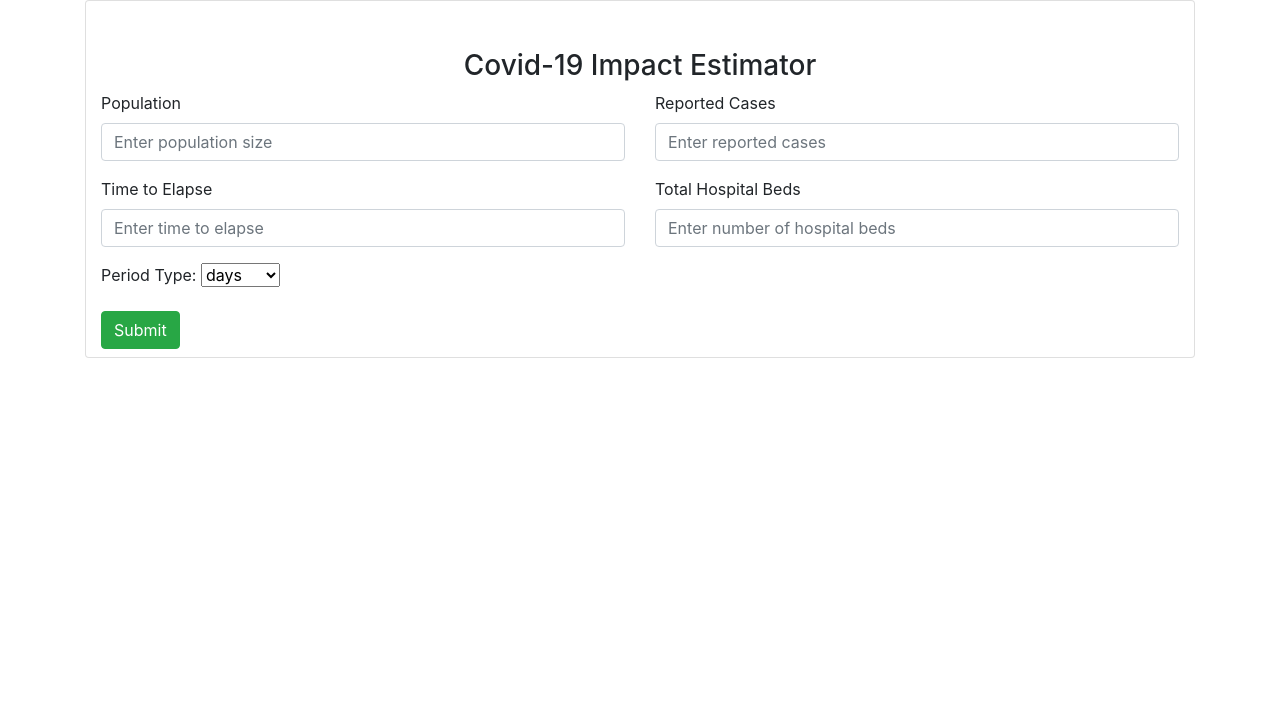
Repository: AbonyiXavier/FrontendUI--challenge-4
Page: index.html
The author's editor kept a copy of each file at every save. The page is drawn from the files as they stood at one save, then again after the next save.
The browser window is 1280 px wide. The pictures show the whole page.

Above is the page before, as saved 2020-04-11 19:56:20.

### index.html
<!DOCTYPE html>
<html lang="en">
  <head>
    <meta charset="UTF-8" />
    <meta name="viewport" content="width=device-width, initial-scale=1.0" />
    <title>COVID-19 Estimator</title>
    <link rel="stylesheet" href="./CSS/bootstrap.css" />
    <!-- <link rel="stylesheet" href="./CSS/style.css" /> -->
  </head>
  <body>
    <div class="container">
      <div class="card">
        <div class="container">
          <h3 class="text-center mt-5">Covid-19 Impact Estimator</h3>
          <form>
            <div class="row">
              <div class="col-md-6">
                <div class="form-group">
                  <label for="Population">Population</label>
                  <input
                    type="text"
                    class="form-control"
                    data-population
                    required
                    placeholder="Enter population size"
                  />
                </div>
                <div class="form-group">
                  <label for="time-to-elapse">Time to Elapse</label>
                  <input
                    type="text"
                    class="form-control"
                    data-time-to-elapse
                    required
                    placeholder="Enter time to elapse"
                  />
                </div>
              </div>
              <div class="col-md-6">
                <div class="form-group">
                  <label for="reported-cases">Reported Cases</label>
                  <input
                    type="text"
                    class="form-control"
                    data-reported-cases
                    required
                    placeholder="Enter reported cases"
                  />
                </div>
                <div class="form-group">
                  <label for="total-hospital-beds">Total Hospital Beds</label>
                  <input
                    type="text"
                    class="form-control"
                    data-total-hospital-beds
                    required
                    placeholder="Enter number of hospital beds"
                  />
                </div>
              </div>
            </div>
            <div class="form-group">
              <label for="period-type">Period Type:</label>
              <select id="period-type" data-period-type required>
                <option value="days">days</option>
                <option value="weeks">weeks</option>
                <option value="months">months</option>
              </select>
            </div>
            <button type="submit" class="btn btn-success mb-2" data-go-estimate>
              Submit
            </button>
          </form>
        </div>
      </div>
    </div>
    <script src="./js/jquery.js"></script>
    <script src="./js/bootstrap.js"></script>
  </body>
</html>

### CSS/style.css
body {
    font-family: "Roboto", Helvetica, Arial, sans-serif;
    font-weight: 100;
    font-size: 12px;
    line-height: 30px;
    color: #777;
    background: #343a40;
}


.container {
    max-width: 400px;
    width: 100%;
    margin: 0 auto;
    position: relative;
}

#form input[type="text"],
#form input[type="number"] #form button[type="submit"] {
    font: 400 12px/16px "Roboto", Helvetica, Arial, sans-serif;
}

#form {
    background: #F9F9F9;
    padding: 25px;
    margin: 150px 0;
    box-shadow: 0 0 20px 0 rgba(0, 0, 0, 0.2), 0 5px 5px 0 rgba(0, 0, 0, 0.24);
}

#form h4 {
    display: block;
    font-size: 20px;
    font-weight: 300;
    margin-bottom: 10px;
}

#form input[type="number"] {
    width: 100%;
    border: 1px solid #ccc;
    background: #FFF;
    margin: 0 0 5px;
    padding: 10px;
}

#form button[type="submit"] {
    box-shadow: inset 0 1px 3px rgba(0, 0, 0, 0.5);
}

button {
    float: right;
    background-color: #343a40;
    border: none;
    color: white;
    padding: 10px 20px;
    text-align: center;
    font-size: 16px;
    margin: 4px 2px;
    cursor: pointer;
}

#form input:focus {
    outline: 0;
    border: 1px solid #aaa;
}

Loaded but not shown: CSS/bootstrap.css (library); js/jquery.js (library); js/bootstrap.js (library)

After the next save:
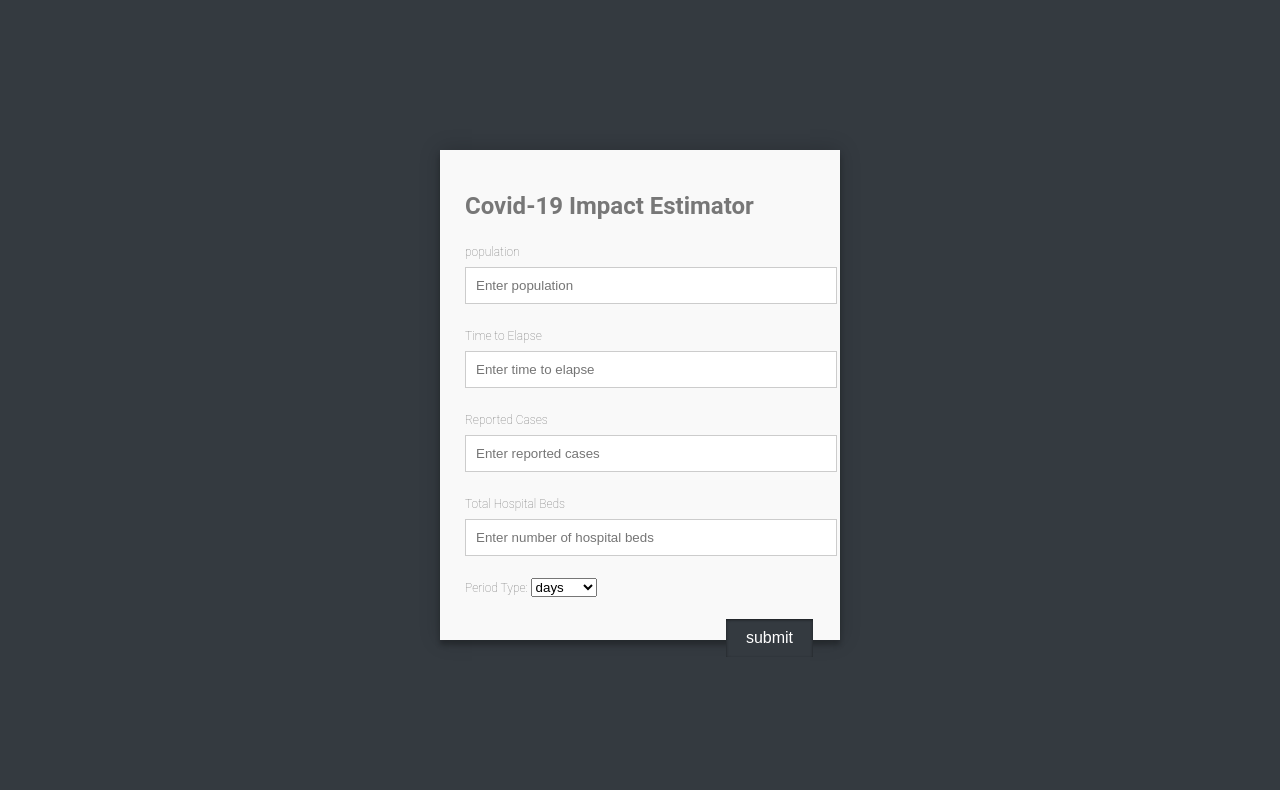
Saved 1 s later.
--- a/index.html
+++ b/index.html
@@ -4,77 +4,77 @@
     <meta charset="UTF-8" />
     <meta name="viewport" content="width=device-width, initial-scale=1.0" />
     <title>COVID-19 Estimator</title>
-    <link rel="stylesheet" href="./CSS/bootstrap.css" />
-    <!-- <link rel="stylesheet" href="./CSS/style.css" /> -->
+    <!-- <link rel="stylesheet" href="./CSS/bootstrap.css" /> -->
+    <link rel="stylesheet" href="./CSS/style.css" />
   </head>
   <body>
     <div class="container">
-      <div class="card">
-        <div class="container">
-          <h3 class="text-center mt-5">Covid-19 Impact Estimator</h3>
-          <form>
-            <div class="row">
-              <div class="col-md-6">
-                <div class="form-group">
-                  <label for="Population">Population</label>
-                  <input
-                    type="text"
-                    class="form-control"
-                    data-population
-                    required
-                    placeholder="Enter population size"
-                  />
-                </div>
-                <div class="form-group">
-                  <label for="time-to-elapse">Time to Elapse</label>
-                  <input
-                    type="text"
-                    class="form-control"
-                    data-time-to-elapse
-                    required
-                    placeholder="Enter time to elapse"
-                  />
-                </div>
-              </div>
-              <div class="col-md-6">
-                <div class="form-group">
-                  <label for="reported-cases">Reported Cases</label>
-                  <input
-                    type="text"
-                    class="form-control"
-                    data-reported-cases
-                    required
-                    placeholder="Enter reported cases"
-                  />
-                </div>
-                <div class="form-group">
-                  <label for="total-hospital-beds">Total Hospital Beds</label>
-                  <input
-                    type="text"
-                    class="form-control"
-                    data-total-hospital-beds
-                    required
-                    placeholder="Enter number of hospital beds"
-                  />
-                </div>
-              </div>
-            </div>
-            <div class="form-group">
-              <label for="period-type">Period Type:</label>
-              <select id="period-type" data-period-type required>
-                <option value="days">days</option>
-                <option value="weeks">weeks</option>
-                <option value="months">months</option>
-              </select>
-            </div>
-            <button type="submit" class="btn btn-success mb-2" data-go-estimate>
-              Submit
-            </button>
-          </form>
+      <form id="form">
+        <div class="header">
+          <h1>Covid-19 Impact Estimator</h1>
         </div>
-      </div>
+        <p>
+          <label for="">
+            population
+          </label>
+          <input
+            type="number"
+            placeholder="Enter population"
+            name="population"
+            id="population"
+            data-population
+            required
+          />
+        </p>
+        <p>
+          <label for="">Time to Elapse</label>
+          <input
+            type="number"
+            placeholder="Enter time to elapse"
+            id="time-to-elapse"
+            name="Time-to-Elapse"
+            data-time-to-elapse
+            required
+          />
+        </p>
+        <p>
+          <label for="">Reported Cases</label>
+          <input
+            type="number"
+            placeholder="Enter reported cases"
+            name="Reported-Cases"
+            id="reported-cases"
+            data-reported-cases
+            required
+          />
+        </p>
+        <p>
+          <label for="">Total Hospital Beds</label>
+          <input
+            type="number"
+            placeholder="Enter number of hospital beds"
+            name="total-hospital-beds"
+            id="total-hospital-beds"
+            data-total-hospital-beds
+            required
+          />
+        </p>
+        <p>
+          <label for="">Period Type:</label>
+          <select id="period-type" data-period-type required>
+            <option value="days">days</option>
+            <option value="weeks">weeks</option>
+            <option value="months">months</option>
+          </select>
+        </p>
+        <p>
+          <button name="submit" type="submit" id="submit" data-go-estimate>
+            submit
+          </button>
+        </p>
+      </form>
     </div>
-    <script src="./js/jquery.js"></script>
-    <script src="./js/bootstrap.js"></script>
+    <!-- <script src="./js/jquery.js"></script>
+    <script src="./js/bootstrap.js"></script> -->
   </body>
 </html>
